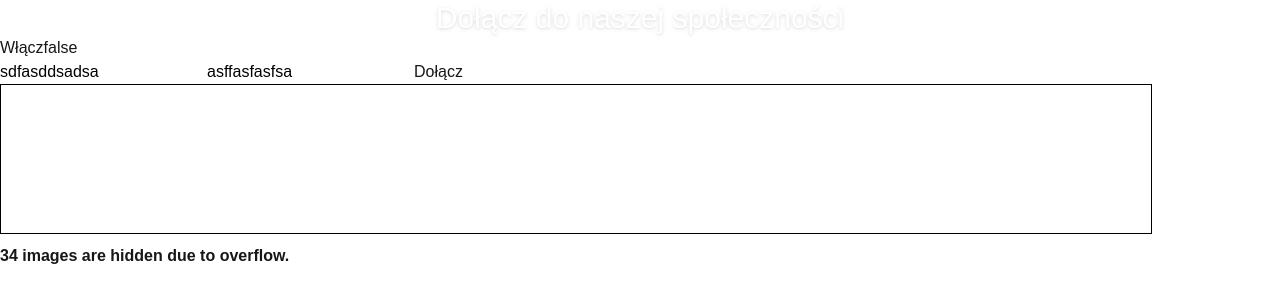
Repository: wesiudev/form-next-example
Page: /overflow-example
The author's editor kept a copy of each file at every save. The page is drawn from the files as they stood at one save, then again after the next save.
The browser window is 1280 px wide. The pictures show the whole page.
The project was rebuilt for these pictures with package versions that can differ from the ones it lists, and the page was loaded fresh each time. The framework's server and built-in components were replaced by stand-ins that run in the browser. Also part of the build but not shown: next.config.mjs.

Above is the page before, as saved 2024-09-11 01:24:21.

After the next save:
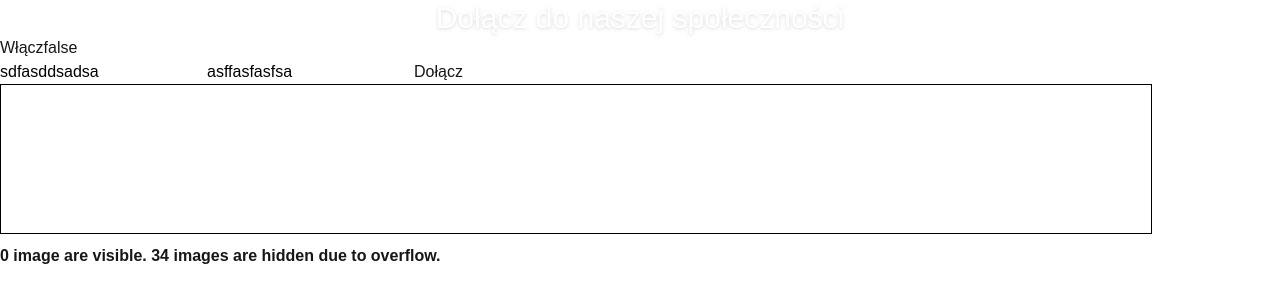
Saved 72 s later.
--- a/app/overflow-example/page.tsx
+++ b/app/overflow-example/page.tsx
@@ -7,6 +7,7 @@ const OverflowingCats = () => {
 
   // State to track how many images are hidden
   const [hiddenImages, setHiddenImages] = useState(0);
+  const [visibleImages, setVisibleImages] = useState(0);
 
   // Array of random cat image URLs
   const catImages = [
@@ -50,10 +51,11 @@ const OverflowingCats = () => {
 
   // Function to detect which images cause overflow
   const detectOverflow = () => {
-    const parentElement: any = parentRef.current;
+    const parentElement = parentRef.current;
     if (parentElement) {
-      const children: any = Array.from(parentElement.children);
+      const children = Array.from(parentElement.children);
       let hiddenCount = 0;
+      let visibleCount = 0;
 
       // Loop through each image and detect if it's overflowing
       for (let i = 0; i < children.length; i++) {
@@ -65,11 +67,18 @@ const OverflowingCats = () => {
           img.offsetLeft + img.offsetWidth > parentElement.clientWidth
         ) {
           hiddenCount = catImages.length - i;
+          visibleCount = i;
           break;
         }
       }
 
+      // If no overflow, all images are visible
+      if (hiddenCount === 0) {
+        visibleCount = catImages.length;
+      }
+
       setHiddenImages(hiddenCount);
+      setVisibleImages(visibleCount);
     }
   };
 
@@ -122,13 +131,16 @@ const OverflowingCats = () => {
         ))}
       </div>
 
-      {/* Display number of hidden images if there are any */}
-      {hiddenImages > 0 && (
-        <div style={{ marginTop: "10px", fontWeight: "bold" }}>
-          {hiddenImages} image{hiddenImages > 1 ? "s" : ""} are hidden due to
-          overflow.
-        </div>
-      )}
+      {/* Display number of visible and hidden images */}
+      <div style={{ marginTop: "10px", fontWeight: "bold" }}>
+        {visibleImages} image{visibleImages > 1 ? "s" : ""} are visible.{" "}
+        {hiddenImages > 0 && (
+          <>
+            {hiddenImages} image{hiddenImages > 1 ? "s" : ""} are hidden due to
+            overflow.
+          </>
+        )}
+      </div>
     </div>
   );
 };
